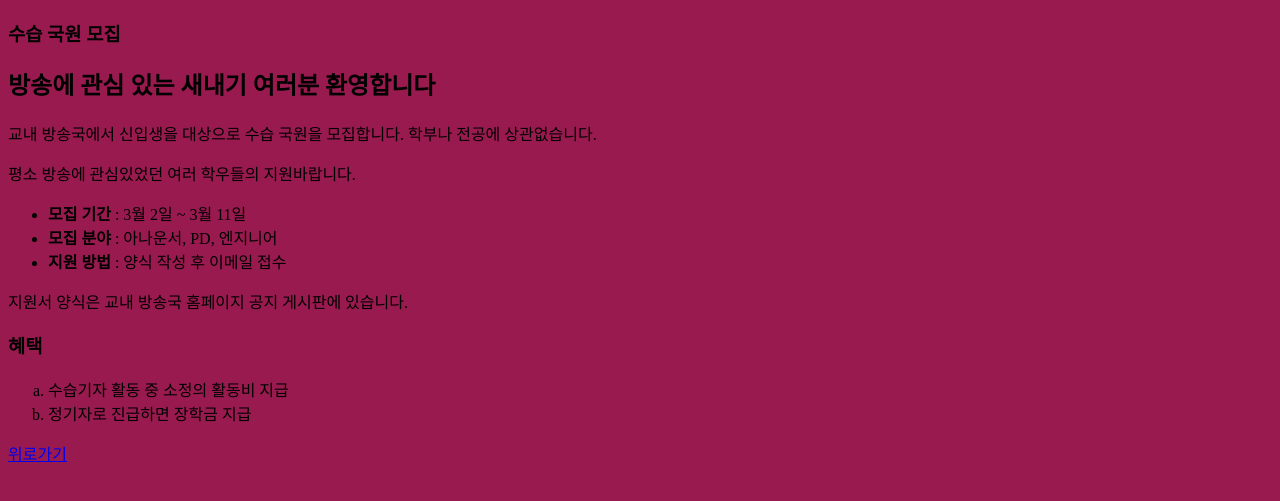
Repository: gus-123/Edu_KCC_HTML
Page: CSS/WebContent/h_missioncss.html
The author's editor kept a copy of each file at every save. The page is drawn from the files as they stood at one save, then again after the next save.
The browser window is 1280 px wide. The pictures show the whole page.

Above is the page before, as saved 2024-07-09 01:20:26.

After the next save:
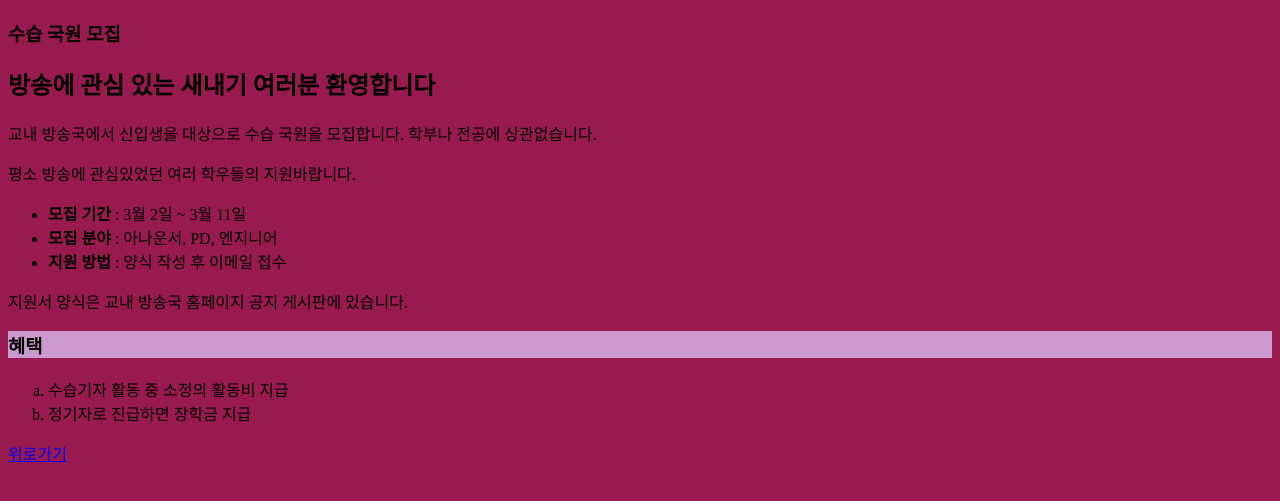
Saved 50 s later.
--- a/CSS/WebContent/h_missioncss.html
+++ b/CSS/WebContent/h_missioncss.html
@@ -9,14 +9,15 @@
 
 	}
 	.target1 {
-
+		background : #981a4e;
 
 	}
 	#target2 {
+		background : #981a4e;
 
 	}
 	#target3 {
-
+		background : #cc99cc;
 	}
 
 </style>
